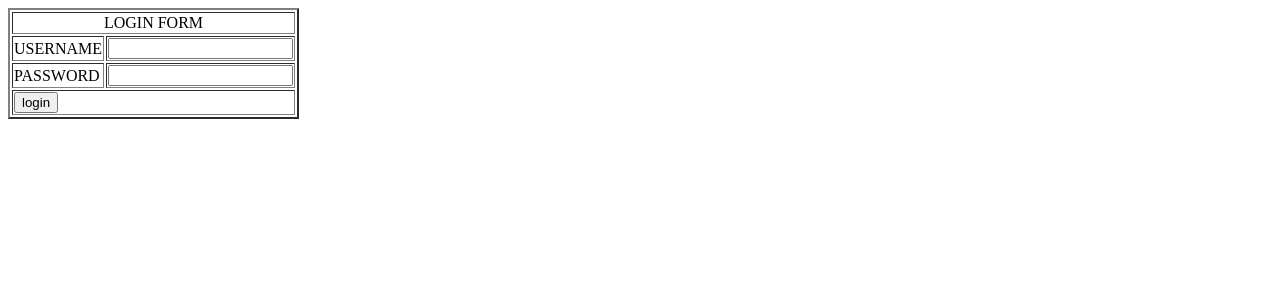
Repository: loky91/MYLABSONLY
Page: J2EE-SERVLET/Lab12_login_with_cookies/WebContent/index.html
The author's editor kept a copy of each file at every save. The page is drawn from the files as they stood at one save, then again after the next save.
The browser window is 1280 px wide. The pictures show the whole page.

Above is the page before, as saved 2017-07-02 11:01:10.

After the next save:
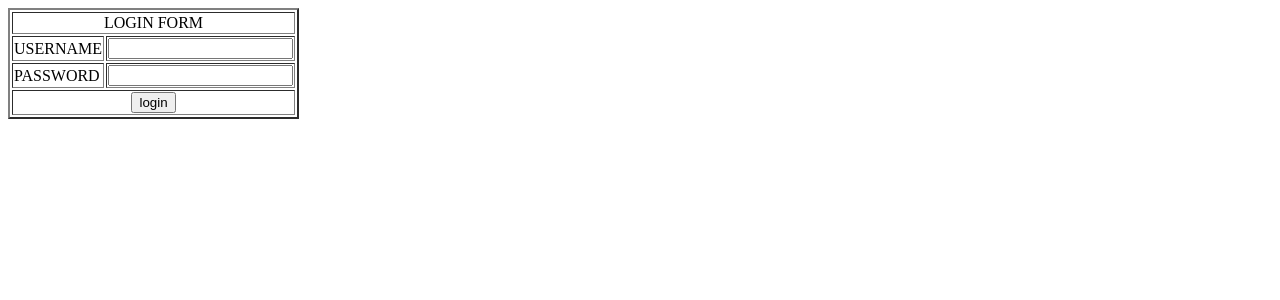
Saved 61 s later.
--- a/J2EE-SERVLET/Lab12_login_with_cookies/WebContent/index.html
+++ b/J2EE-SERVLET/Lab12_login_with_cookies/WebContent/index.html
@@ -18,7 +18,7 @@ LOGIN FORM
 
 <tr><td>USERNAME</td><td> <input type="text" name="uname"/> </td></tr>
 <tr><td>PASSWORD</td><td><input type="password" name="password"></td></tr>
-<tr> <td colspan="2">  <input type="submit" value="login"> </td> </tr>
+<tr> <td colspan="2" align="center">  <input type="submit" value="login"> </td> </tr>
 
 
 </table>
